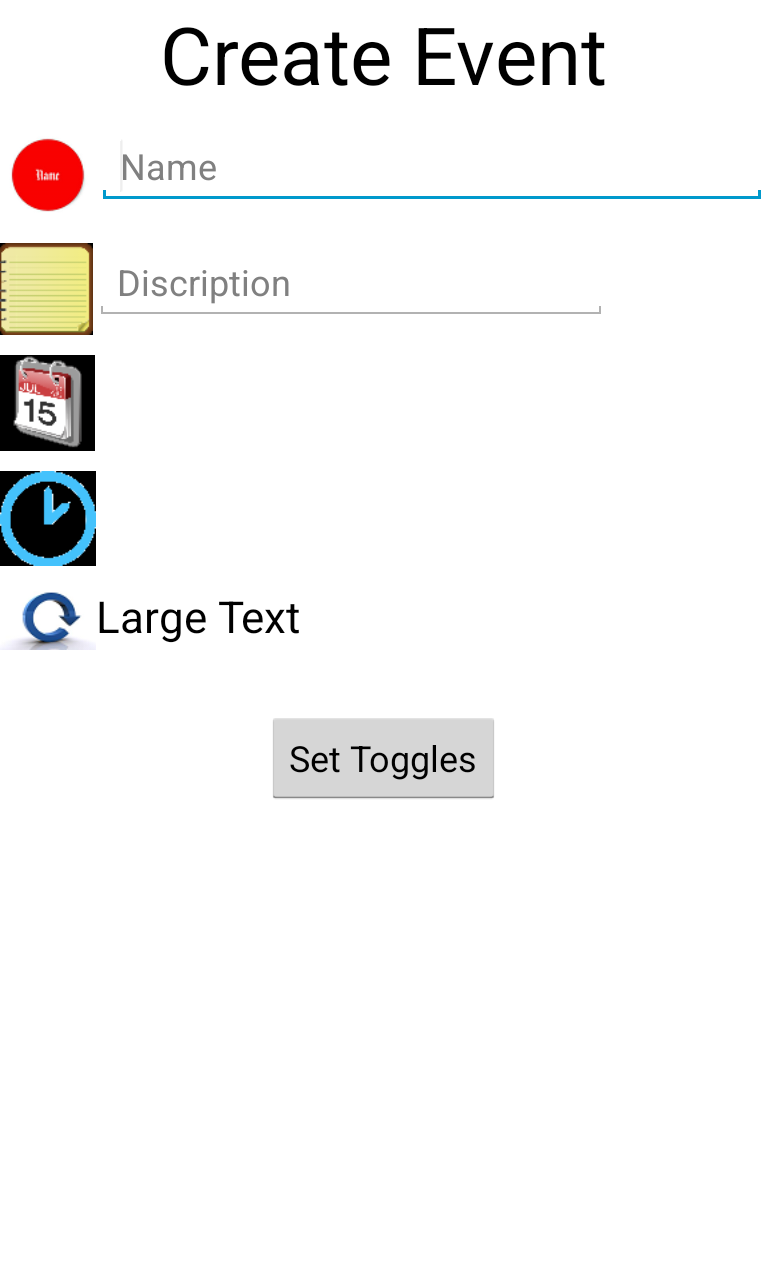
Repository: born2behappy18/meetingMiliue
Layout: MeetingMileu/res/layout/newevent.xml
These files come from the project's save history. The layout is drawn as it stood at one moment and after the next save; the edit follows.
It is drawn on a 768 x 1280 px phone screen (xhdpi) without system bars, with theme AppTheme; the app's code is not run.

Above is the layout before, as saved 2015-10-11 10:24:37.

After the next save:
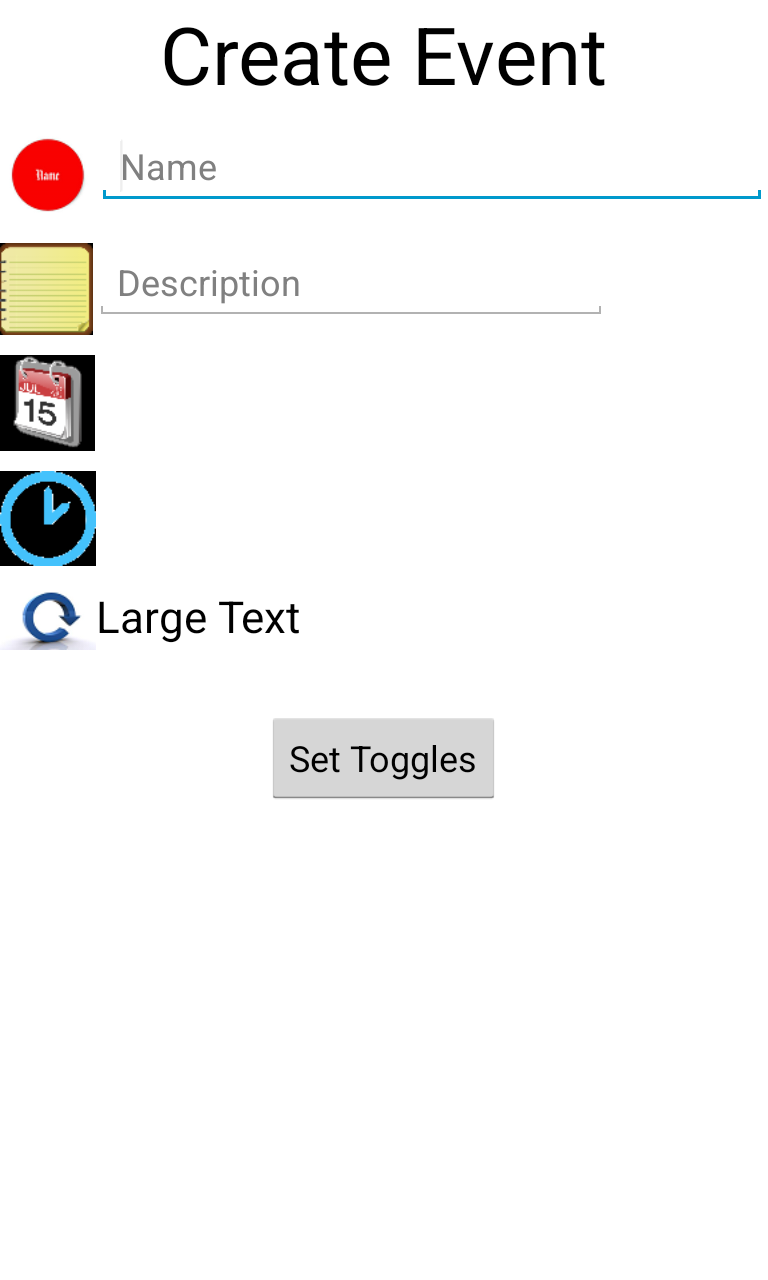
Saved 5 h 54 min later.
--- a/MeetingMileu/res/layout/newevent.xml
+++ b/MeetingMileu/res/layout/newevent.xml
@@ -53,7 +53,7 @@
         android:layout_width="258dp"
         android:layout_height="wrap_content"
         android:ems="10"
-        android:hint="Discription" />
+        android:hint="Description" />
 
 </LinearLayout>
 <LinearLayout
